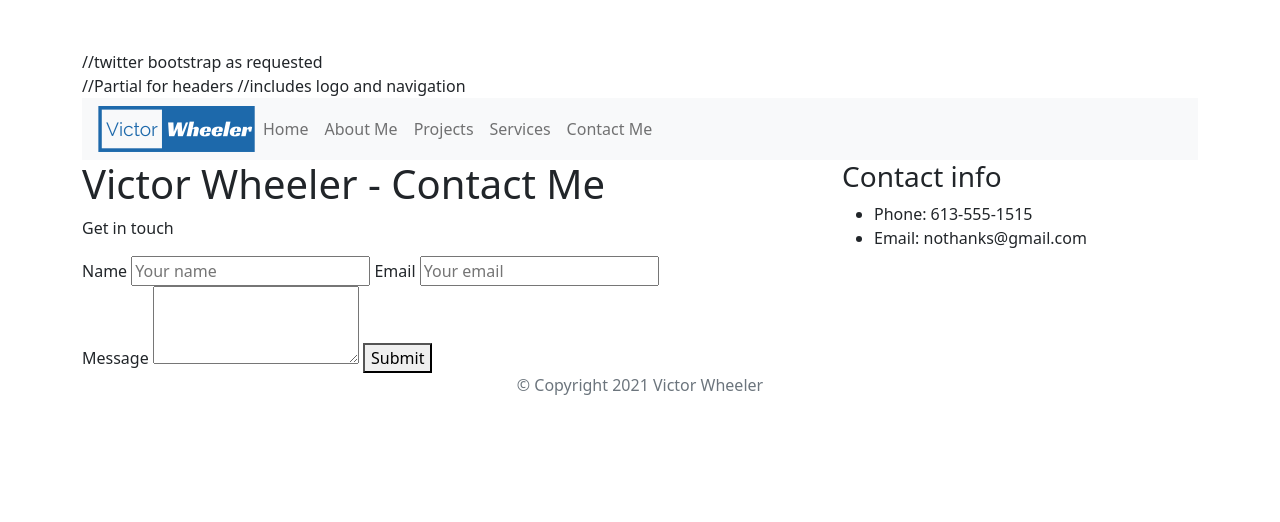
Repository: VictorWheeler/COMP_229_301167760
Page: http://localhost/contact
The author's editor kept a copy of each file at every save. The page is drawn from the files as they stood at one save, then again after the next save.
The browser window is 1280 px wide. The pictures show the whole page.
The page is served by the project's Node server (server.js).

Above is the page before, as saved 2021-10-01 10:19:07.

After the next save:
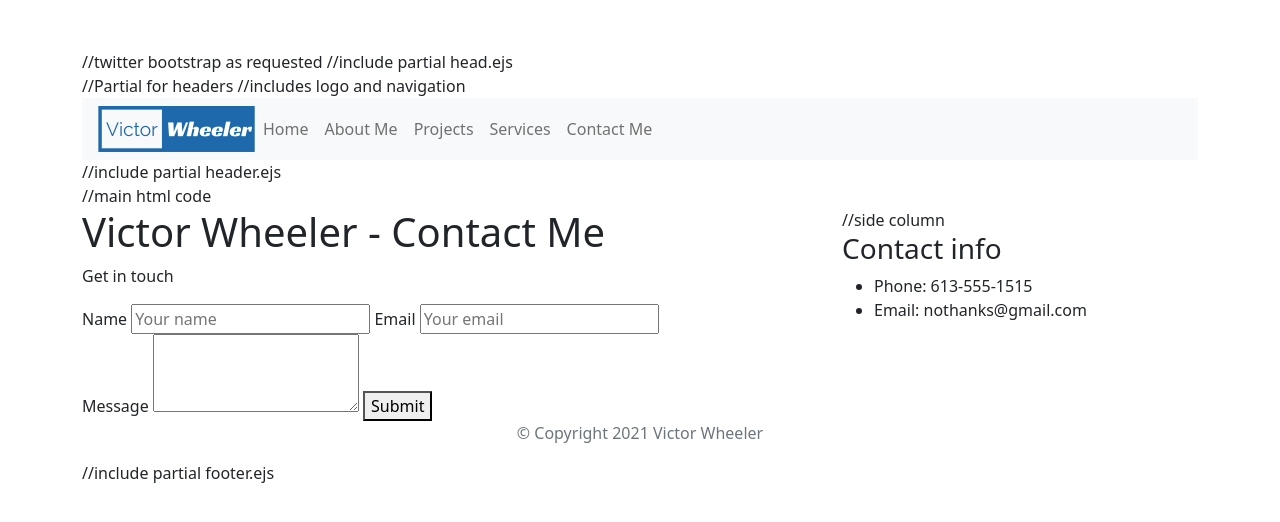
Saved 19 s later.
--- a/Express-Portfolio-Site/views/pages/contact.ejs
+++ b/Express-Portfolio-Site/views/pages/contact.ejs
@@ -1,15 +1,21 @@
+<%#
+//contact.ejs
+//Victor Wheeler
+//301167760
+//10/1/2021
+%>
 <!DOCTYPE html>
 <html lang="en">
 <head>
-  <%- include('../partials/head'); %>
+  <%- include('../partials/head'); %>         //include partial head.ejs
 </head>
 <body class="container">
 
 <header>
-  <%- include('../partials/header'); %>
+  <%- include('../partials/header'); %>         //include partial header.ejs
 </header>
 
-<main>
+<main>                                                //main html code
 <div class="row">
   <div class="col-sm-8">
     <div class="jumbotron">
@@ -54,7 +60,7 @@
     </div>
   </div>
 
-  <div class="col-sm-4">
+  <div class="col-sm-4">        //side column
     <div class="well">
       <h3>Contact info</h3>
       <ul>
@@ -67,7 +73,7 @@
 </main>
 
 <footer>
-  <%- include('../partials/footer'); %>
+  <%- include('../partials/footer'); %>         //include partial footer.ejs
 </footer>
 
 </body>
